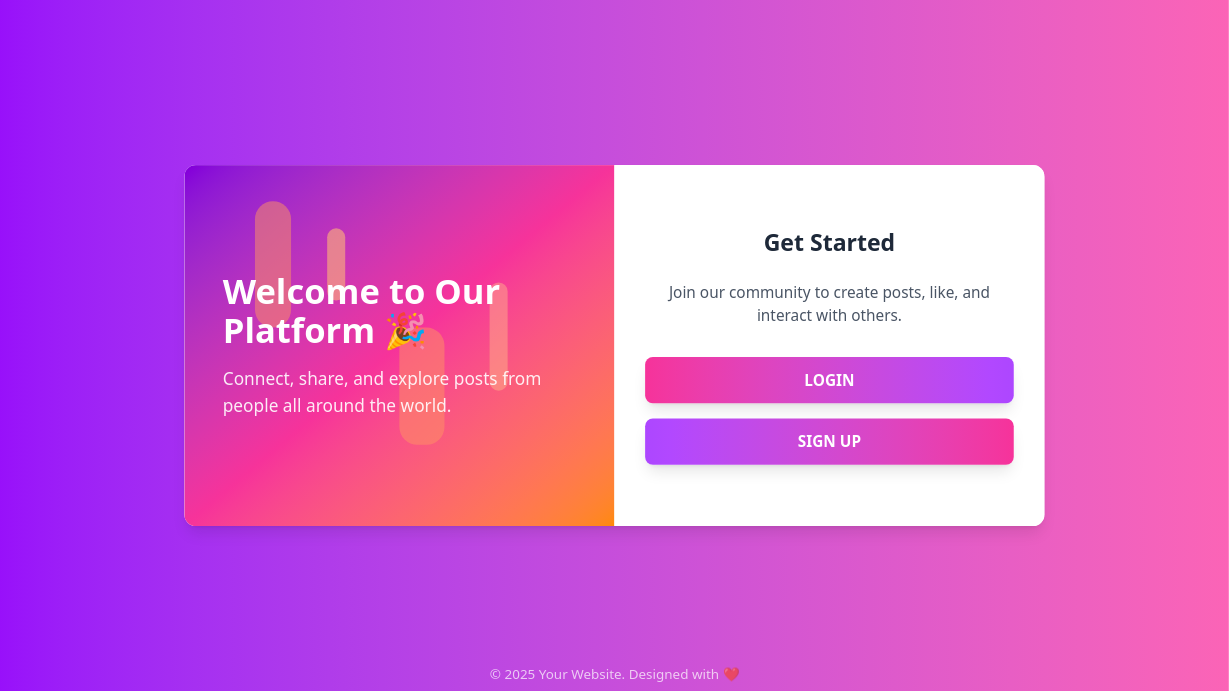
Repository: Tushal27/LinkdPlus-Frontend
Page: /
The author's editor kept a copy of each file at every save. The page is drawn from the files as they stood at one save, then again after the next save.
The browser window is 1280 px wide. The pictures show the whole page, at 96% of full size.
The project was rebuilt for these pictures with package versions that can differ from the ones it lists, and the page was loaded fresh each time. Also part of the build but not shown: vite.config.js, src/pages/Login.jsx, src/pages/Register.jsx, src/pages/Profile.jsx, src/components/CommentsDrawer.jsx, src/pages/Posts.jsx, src/pages/EditProfile.jsx. Imported but missing from the stored project, and not drawn on this page: src/components/PostCard, src/pages/Layout.

Above is the page before, as saved 2025-08-04 04:02:36.

### src/main.jsx
import { createRoot } from 'react-dom/client'
import AuthProvider from './context/AuthProvider'
import { BrowserRouter } from'react-router-dom'
import './index.css'
import App from './App.jsx'

createRoot(document.getElementById('root')).render(
    <BrowserRouter>
      <AuthProvider>
        <App />
      </AuthProvider>
    </BrowserRouter>
)

### src/context/AuthProvider.jsx
import { useEffect, useState } from "react";
import {jwtDecode} from "jwt-decode";
import api from "../api/axios";
import AuthContext from "./AuthContext";

export default function AuthProvider({ children }) {
  const [user, setUser] = useState(null);

  const Login = async (email, password) => {
    try {
      const res = await api.post("/login/", { email, password });
      localStorage.setItem("access", res.data.access);
      localStorage.setItem("refresh", res.data.refresh);
      setUser({ email });
      return true;
    } catch (err) {
      console.log(err);
      return false;
    }
  };

  const Register = async (email, password, re_password, first_name, last_name) => {
    try {
      await api.post("/register/", { email, password, re_password, first_name, last_name });
      await Login(email, password); // Auto login
      return true;
    } catch (err) {
      return err.response?.data || { detail: "Something went wrong" };
    }
  };

  const Logout = () => {
    localStorage.removeItem("access");
    localStorage.removeItem("refresh");
    setUser(null);
  };

  // 🔹 Auto Refresh Token Function
  const refreshAccessToken = async () => {
    try {
      const refresh = localStorage.getItem("refresh");
      if (!refresh) return Logout();

      const res = await api.post("/token/refresh/", { refresh });
      localStorage.setItem("access", res.data.access);
    } catch (err) {
      console.log("Failed to refresh token:", err);
      Logout();
    }
  };

  // 🔹 Check every 4 minutes (or before expiry)
  useEffect(() => {
    const interval = setInterval(() => {
      const access = localStorage.getItem("access");
      if (!access) return;

      try {
        const decoded = jwtDecode(access);
        if (decoded.exp * 1000 < Date.now() + 60000) {
          refreshAccessToken();
        }
      } catch {
        refreshAccessToken();
      }
    }, 4 * 60 * 1000); // every 4 mins

    return () => clearInterval(interval);
  }, []);

  return (
    <AuthContext.Provider value={{ user, Login, Register, Logout }}>
      {children}
    </AuthContext.Provider>
  );
}

### src/index.css
@import  "tailwindcss";

.bg-gradient{
   @apply bg-gradient-to-r from-blue-500 via-purple-500 to-pink-500;
}
.input-box{
    @apply w-full p-2 border mb-3 rounded;
}
.flex-center{
    @apply flex justify-center items-center;
}
.button-main{
    @apply text-white rounded-md ring text-2xl px-2 mx-2 focus:ring-blue-500;
}
.h1-main{
    @apply text-2xl sm:text-4xl  md:text-5xl lg:text-7xl
}

### src/App.jsx
import { Routes,Route } from "react-router-dom";
import Login from "./pages/Login";
import Register from "./pages/Register";
import HomePage from "./pages/HomePage";
import Profile from "./pages/Profile";
import Posts from "./pages/Posts";
import EditProfile from "./pages/EditProfile";
export default function App() {
  return (<>
      <Routes>
        <Route path="/" element={ <HomePage />}/>
        <Route path="/login" element={<Login/>} />
        <Route path="/Register" element={<Register/>} />
        <Route path="/Posts" element={<Posts/>} />
        <Route path="/Profile" element={<Profile/>} />
        <Route path="/Edit-Profile" element={<EditProfile/>} />

      </Routes>
      </>
  );
}

### src/api/axios.js
import axios from "axios";

const api = axios.create({
    baseURL: 'http://127.0.0.1:8000/api',
});

api.interceptors.request.use(
    (config) => {
        const token = localStorage.getItem("access");
        console.log("token");
        console.log(token);
        if (token) {
            config.headers.Authorization = `Bearer ${token}`;
        }
        return config;
    },
    (error) => Promise.reject(error)
);

export default api;

### src/context/authcontext.js
import { createContext } from "react";
export const AuthContext = createContext();

export default AuthContext;

### src/pages/HomePage.jsx
import React from "react";
import { useNavigate } from "react-router-dom";

export default function HomePage() {
  const navigate = useNavigate();

  return (
    <div className="min-h-screen flex flex-col items-center justify-center bg-gradient-to-r from-purple-600 to-pink-400 p-6">
      <div className="w-full max-w-4xl bg-white bg-opacity-0 rounded-xl shadow-lg overflow-hidden grid grid-cols-1 md:grid-cols-2">

        {/* Left Side - Welcome Section */}
        <div className="hidden md:flex flex-col justify-center px-10 py-16 bg-gradient-to-br from-purple-700 via-pink-500 to-orange-400 text-white relative">
          <div className="absolute inset-0">
            <svg className="w-full h-full" viewBox="0 0 400 400" fill="none">
              <rect x="40" y="40" width="40" height="140" rx="20" fill="#FF9462" opacity="0.5"/>
              <rect x="120" y="70" width="20" height="80" rx="10" fill="#FFB678" opacity="0.6"/>
              <rect x="200" y="180" width="50" height="130" rx="20" fill="#FF9462" opacity="0.5"/>
              <rect x="300" y="130" width="20" height="120" rx="10" fill="#FFC987" opacity="0.4"/>
            </svg>
          </div>
          <div className="relative z-10">
            <h1 className="text-4xl font-bold mb-4">Welcome to Our Platform 🎉</h1>
            <p className="opacity-90 text-lg">
              Connect, share, and explore posts from people all around the world.
            </p>
          </div>
        </div>

        {/* Right Side - Buttons */}
        <div className="flex flex-col justify-center items-center bg-white px-8 py-12 md:py-16 relative text-center">
          <h2 className="text-2xl font-bold mb-6 text-gray-800">Get Started</h2>
          <p className="text-gray-600 mb-8">
            Join our community to create posts, like, and interact with others.
          </p>

          <button
            onClick={() => navigate("/login")}
            className="w-full py-3 mb-4 rounded-lg bg-gradient-to-r from-pink-500 to-purple-500 text-white font-bold shadow-lg hover:from-pink-600 hover:to-purple-600 transition"
          >
            LOGIN
          </button>

          <button
            onClick={() => navigate("/register")}
            className="w-full py-3 rounded-lg bg-gradient-to-r from-purple-500 to-pink-500 text-white font-bold shadow-lg hover:from-purple-600 hover:to-pink-600 transition"
          >
            SIGN UP
          </button>
        </div>
      </div>

      <footer className="absolute bottom-2 left-0 right-0 text-center text-sm text-white opacity-70">
        © 2025 Your Website. Designed with ❤
      </footer>
    </div>
  );
}

Loaded but not shown: index.html (common file)

After the next save:
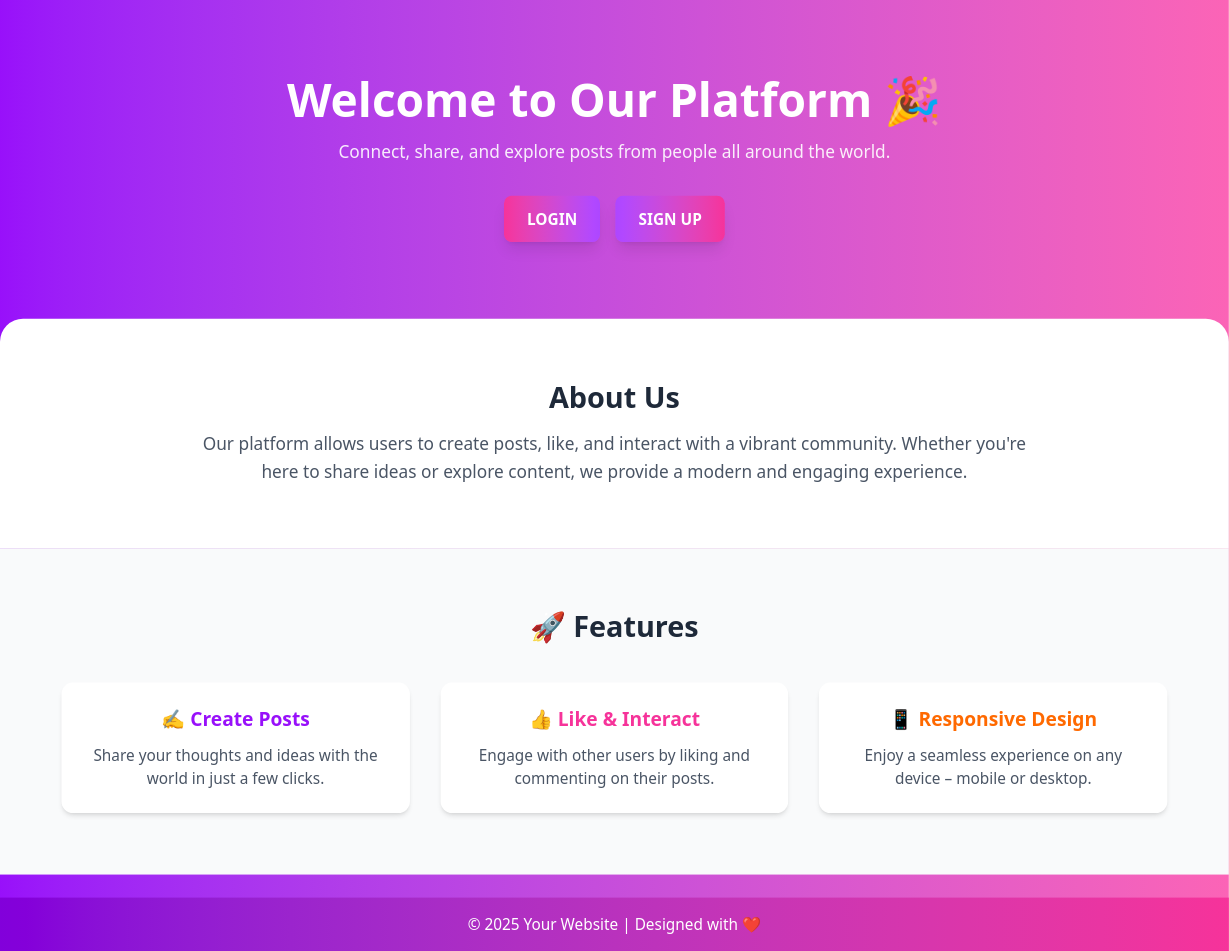
Saved 81 s later.
--- a/src/pages/HomePage.jsx
+++ b/src/pages/HomePage.jsx
@@ -5,52 +5,85 @@ export default function HomePage() {
   const navigate = useNavigate();
 
   return (
-    <div className="min-h-screen flex flex-col items-center justify-center bg-gradient-to-r from-purple-600 to-pink-400 p-6">
-      <div className="w-full max-w-4xl bg-white bg-opacity-0 rounded-xl shadow-lg overflow-hidden grid grid-cols-1 md:grid-cols-2">
-
-        {/* Left Side - Welcome Section */}
-        <div className="hidden md:flex flex-col justify-center px-10 py-16 bg-gradient-to-br from-purple-700 via-pink-500 to-orange-400 text-white relative">
-          <div className="absolute inset-0">
-            <svg className="w-full h-full" viewBox="0 0 400 400" fill="none">
-              <rect x="40" y="40" width="40" height="140" rx="20" fill="#FF9462" opacity="0.5"/>
-              <rect x="120" y="70" width="20" height="80" rx="10" fill="#FFB678" opacity="0.6"/>
-              <rect x="200" y="180" width="50" height="130" rx="20" fill="#FF9462" opacity="0.5"/>
-              <rect x="300" y="130" width="20" height="120" rx="10" fill="#FFC987" opacity="0.4"/>
-            </svg>
-          </div>
-          <div className="relative z-10">
-            <h1 className="text-4xl font-bold mb-4">Welcome to Our Platform 🎉</h1>
-            <p className="opacity-90 text-lg">
-              Connect, share, and explore posts from people all around the world.
-            </p>
-          </div>
-        </div>
-
-        {/* Right Side - Buttons */}
-        <div className="flex flex-col justify-center items-center bg-white px-8 py-12 md:py-16 relative text-center">
-          <h2 className="text-2xl font-bold mb-6 text-gray-800">Get Started</h2>
-          <p className="text-gray-600 mb-8">
-            Join our community to create posts, like, and interact with others.
-          </p>
-
+    <div className="min-h-screen flex flex-col items-center bg-gradient-to-r from-purple-600 to-pink-400">
+      {/* ✅ Hero Section */}
+      <section className="w-full max-w-6xl text-center py-20 px-6">
+        <h1 className="text-4xl md:text-5xl font-bold text-white mb-4">
+          Welcome to Our Platform 🎉
+        </h1>
+        <p className="text-lg text-white opacity-90 mb-8">
+          Connect, share, and explore posts from people all around the world.
+        </p>
+        <div className="flex flex-col sm:flex-row gap-4 justify-center">
           <button
             onClick={() => navigate("/login")}
-            className="w-full py-3 mb-4 rounded-lg bg-gradient-to-r from-pink-500 to-purple-500 text-white font-bold shadow-lg hover:from-pink-600 hover:to-purple-600 transition"
+            className="px-6 py-3 rounded-lg bg-gradient-to-r from-pink-500 to-purple-500 text-white font-bold shadow-lg hover:from-pink-600 hover:to-purple-600 transition"
           >
             LOGIN
           </button>
-
           <button
             onClick={() => navigate("/register")}
-            className="w-full py-3 rounded-lg bg-gradient-to-r from-purple-500 to-pink-500 text-white font-bold shadow-lg hover:from-purple-600 hover:to-pink-600 transition"
+            className="px-6 py-3 rounded-lg bg-gradient-to-r from-purple-500 to-pink-500 text-white font-bold shadow-lg hover:from-purple-600 hover:to-pink-600 transition"
           >
             SIGN UP
           </button>
         </div>
-      </div>
+      </section>
 
-      <footer className="absolute bottom-2 left-0 right-0 text-center text-sm text-white opacity-70">
-        © 2025 Your Website. Designed with ❤
+      {/* ✅ About Section */}
+      <section className="w-full bg-white py-16 px-6 rounded-t-3xl shadow-lg">
+        <div className="max-w-4xl mx-auto text-center">
+          <h2 className="text-3xl font-bold mb-4 text-gray-800">About Us</h2>
+          <p className="text-gray-600 text-lg leading-relaxed">
+            Our platform allows users to create posts, like, and interact with a
+            vibrant community. Whether you're here to share ideas or explore
+            content, we provide a modern and engaging experience.
+          </p>
+        </div>
+      </section>
+
+      {/* ✅ Features Section */}
+      <section className="w-full bg-gray-50 py-16 px-6">
+        <div className="max-w-6xl mx-auto">
+          <h2 className="text-3xl font-bold text-center mb-10 text-gray-800">
+            🚀 Features
+          </h2>
+          <div className="grid grid-cols-1 md:grid-cols-3 gap-8">
+            {/* Feature 1 */}
+            <div className="bg-white p-6 rounded-xl shadow-md text-center hover:shadow-xl transition">
+              <h3 className="text-xl font-semibold mb-3 text-purple-600">
+                ✍ Create Posts
+              </h3>
+              <p className="text-gray-600">
+                Share your thoughts and ideas with the world in just a few
+                clicks.
+              </p>
+            </div>
+            {/* Feature 2 */}
+            <div className="bg-white p-6 rounded-xl shadow-md text-center hover:shadow-xl transition">
+              <h3 className="text-xl font-semibold mb-3 text-pink-500">
+                👍 Like & Interact
+              </h3>
+              <p className="text-gray-600">
+                Engage with other users by liking and commenting on their posts.
+              </p>
+            </div>
+            {/* Feature 3 */}
+            <div className="bg-white p-6 rounded-xl shadow-md text-center hover:shadow-xl transition">
+              <h3 className="text-xl font-semibold mb-3 text-orange-500">
+                📱 Responsive Design
+              </h3>
+              <p className="text-gray-600">
+                Enjoy a seamless experience on any device – mobile or desktop.
+              </p>
+            </div>
+          </div>
+        </div>
+      </section>
+
+      {/* ✅ Footer */}
+      <footer className="w-full bg-gradient-to-r from-purple-700 to-pink-500 text-white text-center py-4 mt-6">
+        © 2025 Your Website | Designed with ❤
       </footer>
     </div>
   );
